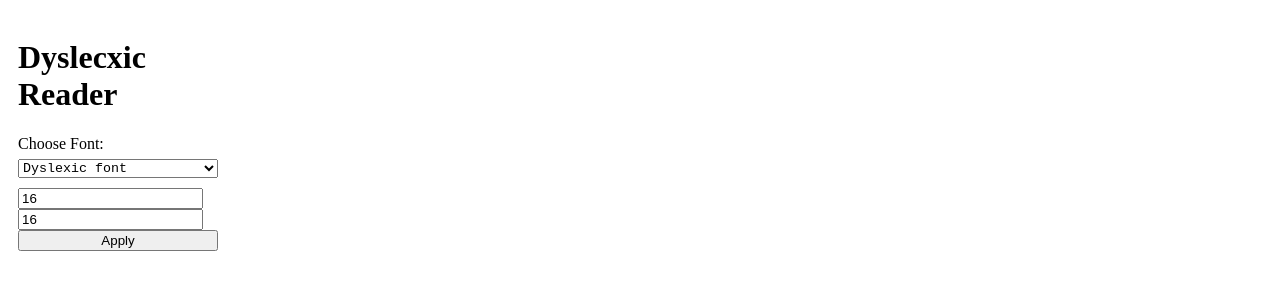
Repository: adatechschool/extension-navigateur-extension_walid_eliana_imelda
Page: popup.html
The author's editor kept a copy of each file at every save. The page is drawn from the files as they stood at one save, then again after the next save.
The browser window is 1280 px wide. The pictures show the whole page.

Above is the page before, as saved 2024-01-10 16:42:10.

After the next save:
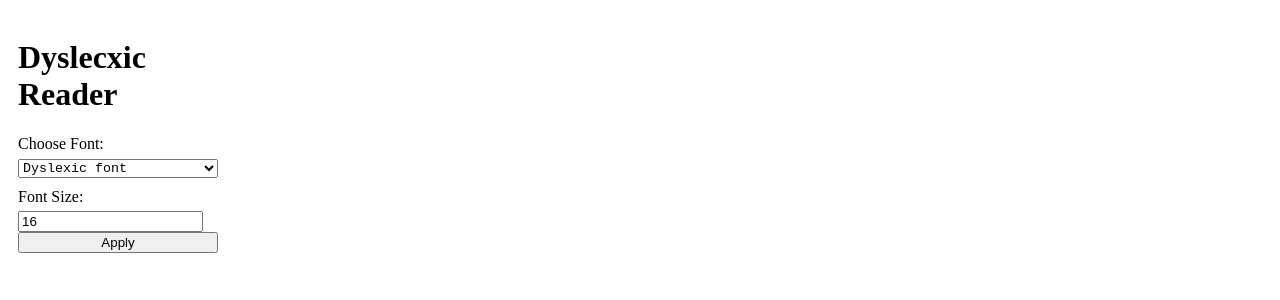
Saved 28 s later.
--- a/popup.html
+++ b/popup.html
@@ -18,8 +18,9 @@
     <option value="Souligner de lettres">Toutes les options</option>
 </select>
 
+<label for="font-size">Font Size:</label>
 <input type="number" id="font-size" min="1" value="16">
-<input type="number" id="font-size" min="1" value="16">
+
 
 <button id="apply-button">Apply</button>
 
